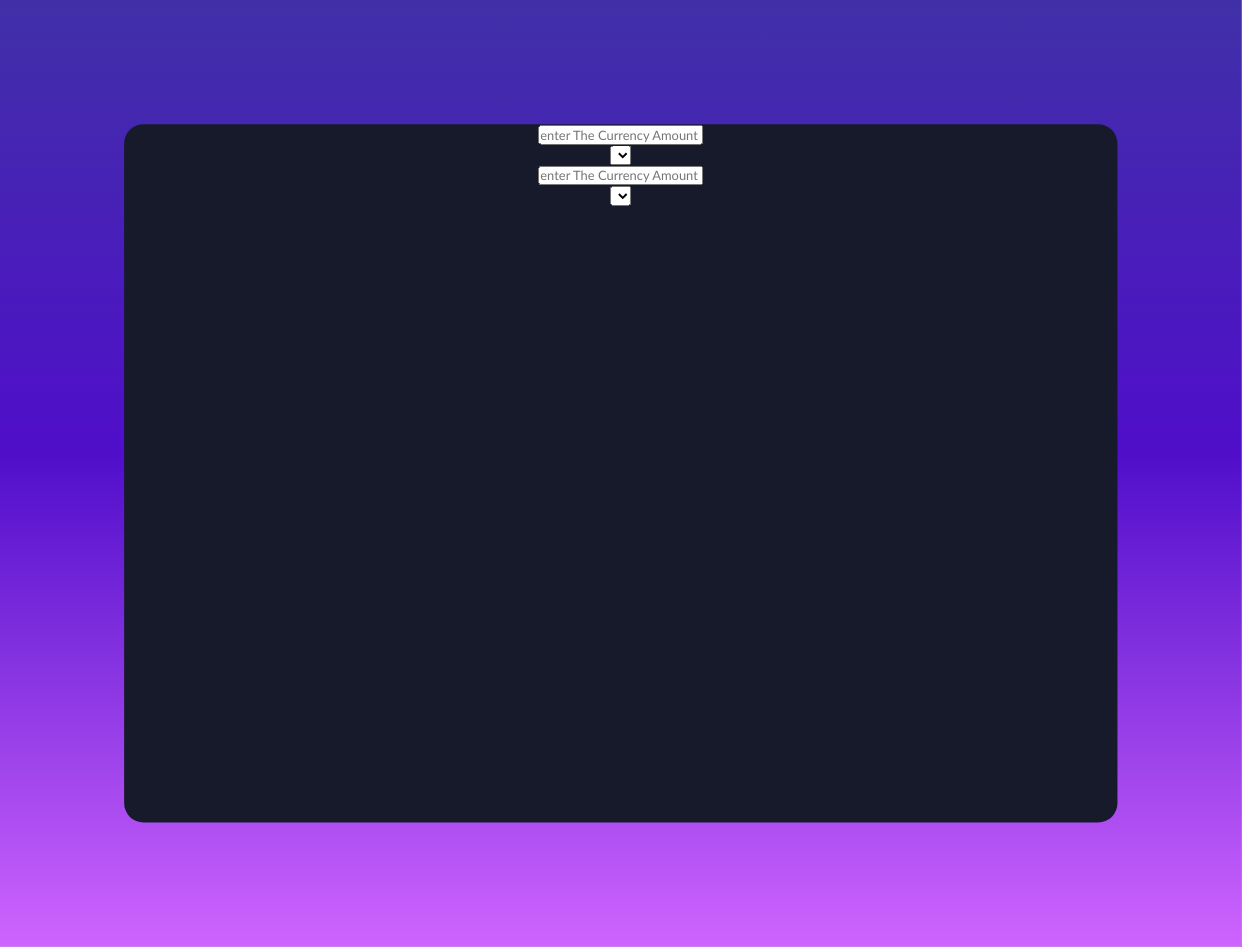
Repository: KamalEssam/currency-converter-react-app
Page: /
An editor plug-in stored every save of this project. The page is shown before and after a run of saves, followed by the edit.
The browser window is 1280 px wide. The pictures show the whole page, at 97% of full size.
The page's requests for data from a server got no answer. The project was rebuilt for these pictures with package versions that can differ from the ones it lists, and the page was loaded fresh each time. No one was signed in, and anything a server would have sent is missing.

Above is the page before, as saved 2021-12-21 15:24:30.

After the next 2 saves:
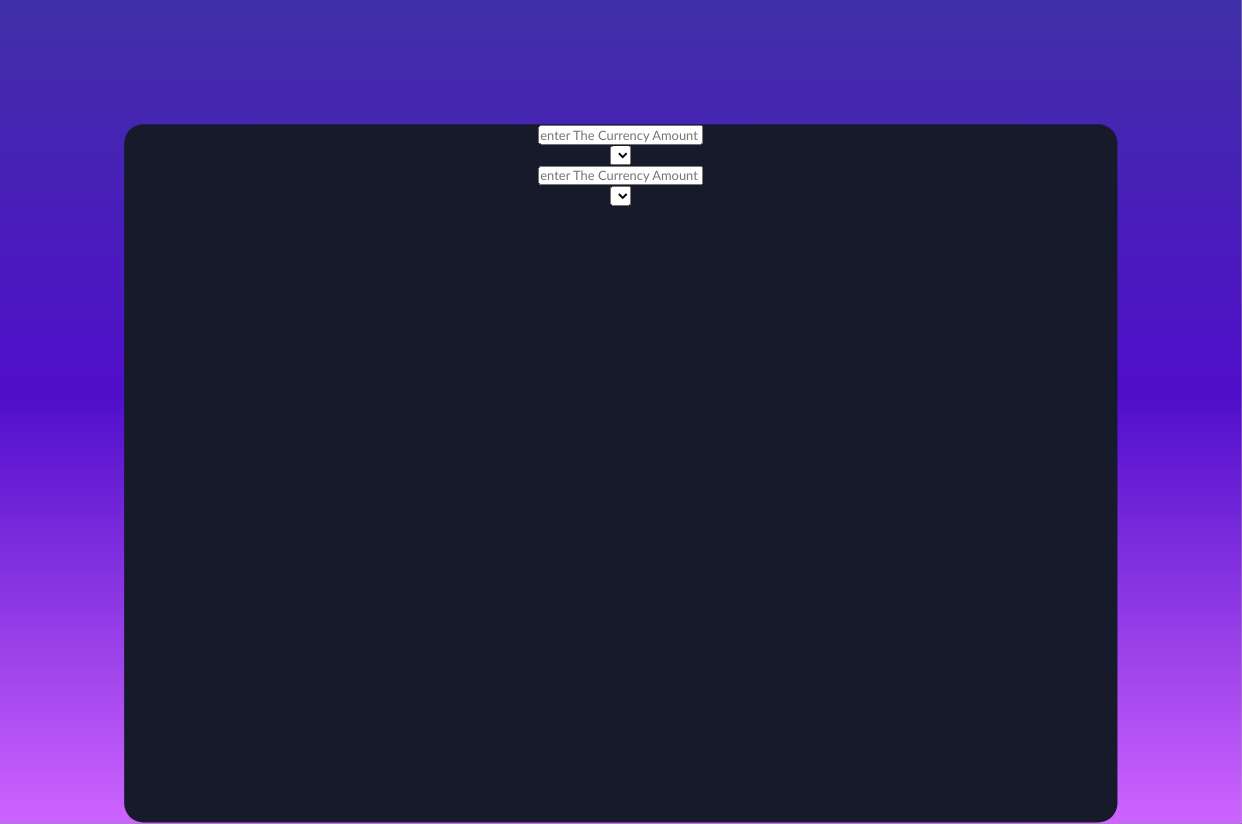
The 2 saves are shown as one change because they came seconds apart.
The last was saved 5 s later.
--- a/src/App.css
+++ b/src/App.css
@@ -33,7 +33,7 @@ body{
   min-height: 100vh;
   text-align: center;
   background: #161a2b;
-  margin:128px 128px 128px 128px ;
+  margin:128px 128px 1px 128px ;
   border-radius: 20px;
 
 
